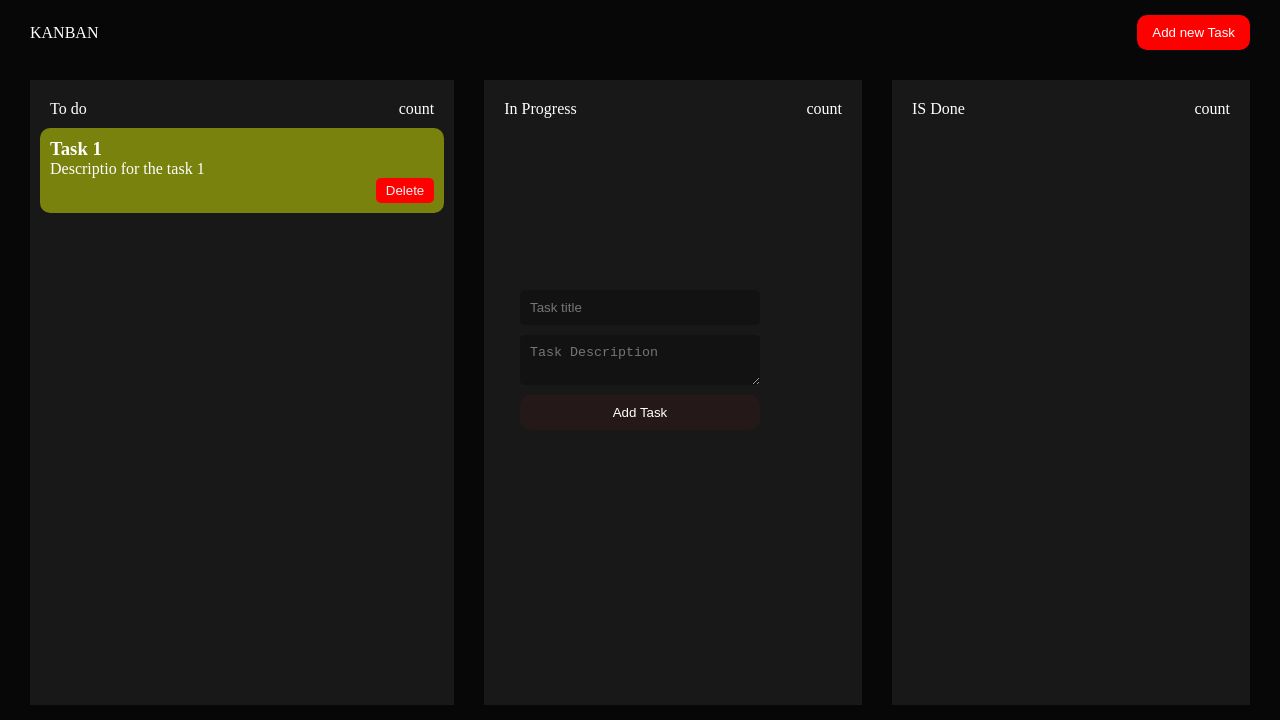
Repository: Sandeepji-5/Kanban-board
Page: index.html
The author's editor kept a copy of each file at every save. The page is drawn from the files as they stood at one save, then again after the next save.
The browser window is 1280 px wide. The pictures show the whole page.

Above is the page before, as saved 2025-12-09 15:29:44.

### index.html
<!DOCTYPE html>
<html lang="en">
<head>
    <meta charset="UTF-8">
    <meta name="viewport" content="width=device-width, initial-scale=1.0">
    <title>Document</title>
    <link rel="stylesheet" href="style.css">
</head>
<body>
    <main>
        <nav>
            <div class="left">KANBAN</div>
            <div class="right"><button id="toggle-modal">Add new Task</button></div>
        </nav>
        <section class="board">
            <div   id="todo" class="task-column">
                <div class="heading">
                    <div class="left">To do </div>
                      <div class="right">count</div>
                </div>
                <div draggable="true" class="task">
                    <h3>Task 1</h3>
                    <p>Descriptio for the task 1 </p>
                    <button>Delete</button>
                </div>
            </div>
            <div id="progress" class="task-column">
                <div class="heading">
                    <div class="left">In Progress</div>
                    <div class="right">count</div>
                </div>

            </div>
            <div  id="done"   class="task-column">
                <div class="heading">
                    <div class="left">IS Done </div>
                    <div class="right"> count</div>
                </div>

            </div>
        </section>


    </main>

    <div class="modal add-new-task">
        <div class="bg">


        <div class="center">
        <input type="text" placeholder="Task title"/>
        <textarea placeholder="Task Description"></textarea>
        <button id="add-new-task" class="add-task-btn"> Add Task</button>
        </div>
        </div>
    </div>



    <script src="kanban.js"></script>
</body>
</html>

### style.css
* {
    margin: 0;
    padding: 0;

    box-sizing: border-box;
}

html,
body {
    width: 100%;
    height: 100%;

}

:root {
    --bg-color: #0000000;
    --bg-button-color: rgb(24, 24, 24);
    --primary-text-color: #f4f4f4;
    --bg-task-color:rgb(19, 18, 18);
    --bg-delete-color:red;



    /* padding 1 rem 2 rem */
    --nav-padding: 15px 30px;
    --section-padding: 15px 30px;
    --padding-s: 5px;
    --padding-m: 10px;
    --padding-l: 15px;
    --padding-xl: 20px;
    --padding-xxl: 30px;


    /* border radius variable  */



    --border-radius-s:5px;
    --border-radius-m:10px;
    --border-radius-l:15px;
    --border-radius-xl:20px;
    --border-radius-xxl:30px;


}

body {
    background-color: rgb(7, 7, 7);
    color: white;
}
main{
    display: flex;
    height: 100%;
    width: 100%;
    flex-direction: column;


}

nav{
    padding: var(--nav-padding);
    display: flex;
    align-items: center;
    justify-content: space-between;

}
nav button{
    background-color: red;
    color: white;
    border: none;
    outline: none;
    padding: var(  --padding-m) var(  --padding-l);
    cursor: pointer;
    border-radius:var(--border-radius-m) ;

}


section{
    padding:var(--section-padding);
    /* height: 100%; */
    display: flex;
    flex-grow: 1;
    justify-content: space-between;

    gap: var(--padding-xxl);

}
section .task-column{
    padding: var(--padding-m);
    background-color: var(--bg-button-color);
    flex-grow: 1  ;
    padding: var(--padding-m)  ;
    display: flex;
    flex-direction: column;
    transition: all 0.7s cubic-bezier(0.19, 1, 0.22, 1);




}
section .task-column.hover-over {
     border: 2px dashed rgb(247, 246, 246);
    transform: scale(1.05);
}
section .task-column .heading{
    display: flex;
    justify-content: space-between ;
    padding: var(--padding-m);
}


section .task-column  .task{

    display: flex;
    flex-direction: column;
    padding: var(--padding-m);
    border-radius: var(--border-radius-m);
    /* background-color: var(--bg-task-color); */
     background-color:rgba(150, 163, 8, 0.763);


}

section .task-column .task button{
    align-self: flex-end;
    cursor: pointer;
    padding: var(--padding-s) var(--padding-m);
    border-radius: var(--border-radius-s);
    border: none;
    outline: none;
    background-color: var(--bg-delete-color);
    color: var(--primary-text-color)  ;
}

.modal{

    position: fixed;
    top: 0;
    left: 0;
    height: 100vh;
    width: 100vw;
    display: flex;
    align-items: center;
    justify-content: center;







}
/* .modal .bg{
    position: absolute;

    height: 100%;
    width: 100%;

    display: flex;
    align-items: center;
    justify-content: center;
    backdrop-filter: blur(4px );
} */

.modal .center{
    background-color: var(rgb(185, 205, 11));
    padding: var(--padding-xxl);
    border-radius: var(--border-radius-m);
    display: flex;
    flex-direction: column;
    gap: var(--padding-m);
    height: 200px;
    width: 300px;

}

.modal .center input,.modal .center textarea, .modal .center select {
    background-color: var(--bg-task-color);
    padding: var(--padding-m);
    border-radius: var(--border-radius-s);
    border: none;
    outline: none;
    color: var(--primary-text-color);

}

.modal .center button{
    background-color: rgb(36, 24, 24);
    color: white;
    border: none;
    outline: none;
    padding: var(  --padding-m) var(  --padding-l);
    cursor: pointer;
    border-radius:var(--border-radius-m) ;

}

### kanban.js
const todo = document.querySelector('#todo');
const progress = document.querySelector('#progress')
const done = document.querySelector('#done');
const tasks = document.querySelectorAll('.task');
let draggedElement = null;

tasks.forEach(task => {
    task.addEventListener("drag", () => {

        draggedElement = task;
    })
})

// progress.addEventListener('dragenter',(e)=>{
//     progress.classList.add('hover-over');
// })


// progress.addEventListener('dragleave', (e)=>{
//     progress.classList.remove('hover-over');
// })


function addDragEventsOnColumn(column) {

    column.addEventListener('dragenter', (e) => {
        e.preventDefault();
        column.classList.add('hover-over');
    });

    column.addEventListener('dragleave', (e) => {
        e.preventDefault();
        column.classList.remove('hover-over');
    })

    column.addEventListener("dragover", (e) => {
        e.preventDefault();
    })

    column.addEventListener('drop', (e) => {

        column.appendChild(draggedElement)
        console.log("draggedElement", draggedElement, column);
        column.classList.remove('hover-over')
         e.preventDefault();
    })

}

addDragEventsOnColumn(todo);
addDragEventsOnColumn(progress)
addDragEventsOnColumn(done)






// const toggleModal = document.querySelector('#toggle-modal');
// const modal = document.querySelector('.modal')
// const addTaskbtn = document.querySelector('.add-task-btn')



// toggleModal.addEventListener('click',()=>{
// modal.classList.add('active');
// })

// addTaskbtn.addEventListener('click', ()=>{
//     modal.classList.remove('active');
// })

After the next save:
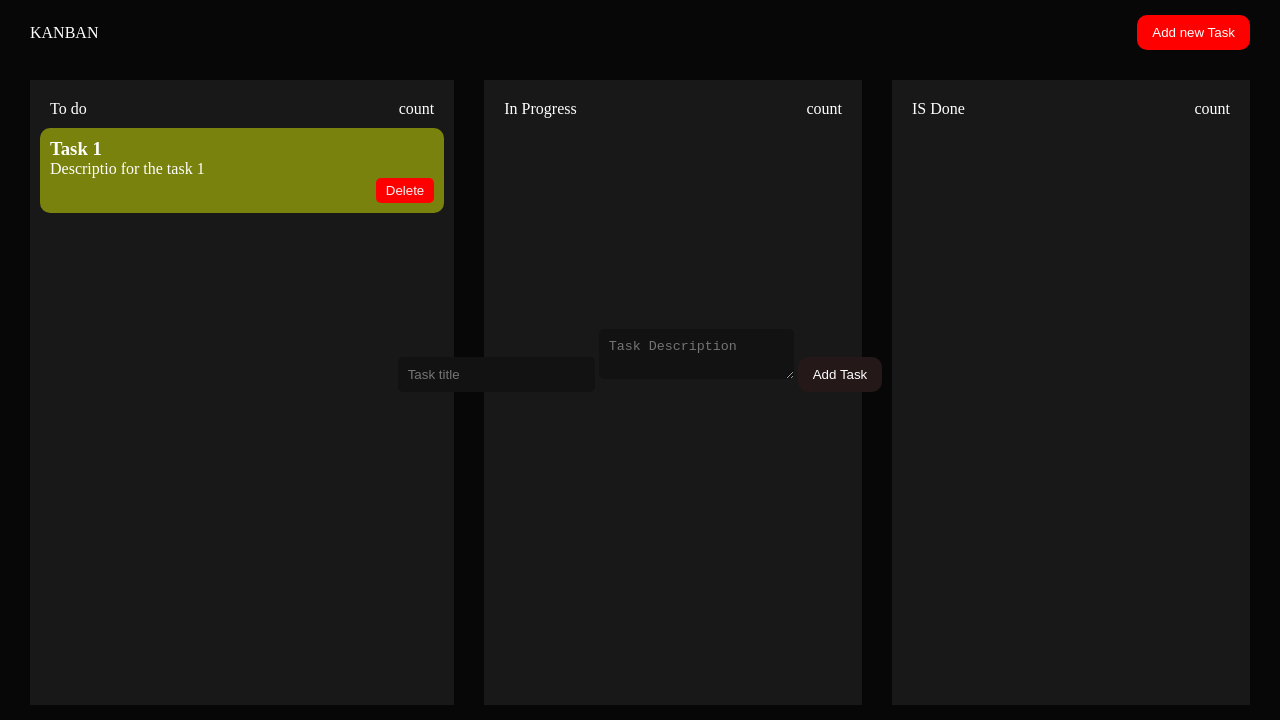
Saved 22 s later.
--- a/style.css
+++ b/style.css
@@ -163,7 +163,7 @@ section .task-column .task button{
     backdrop-filter: blur(4px );
 } */
 
-.modal .center{
+.modal.center{
     background-color: var(rgb(185, 205, 11));
     padding: var(--padding-xxl);
     border-radius: var(--border-radius-m);

After the save that followed:
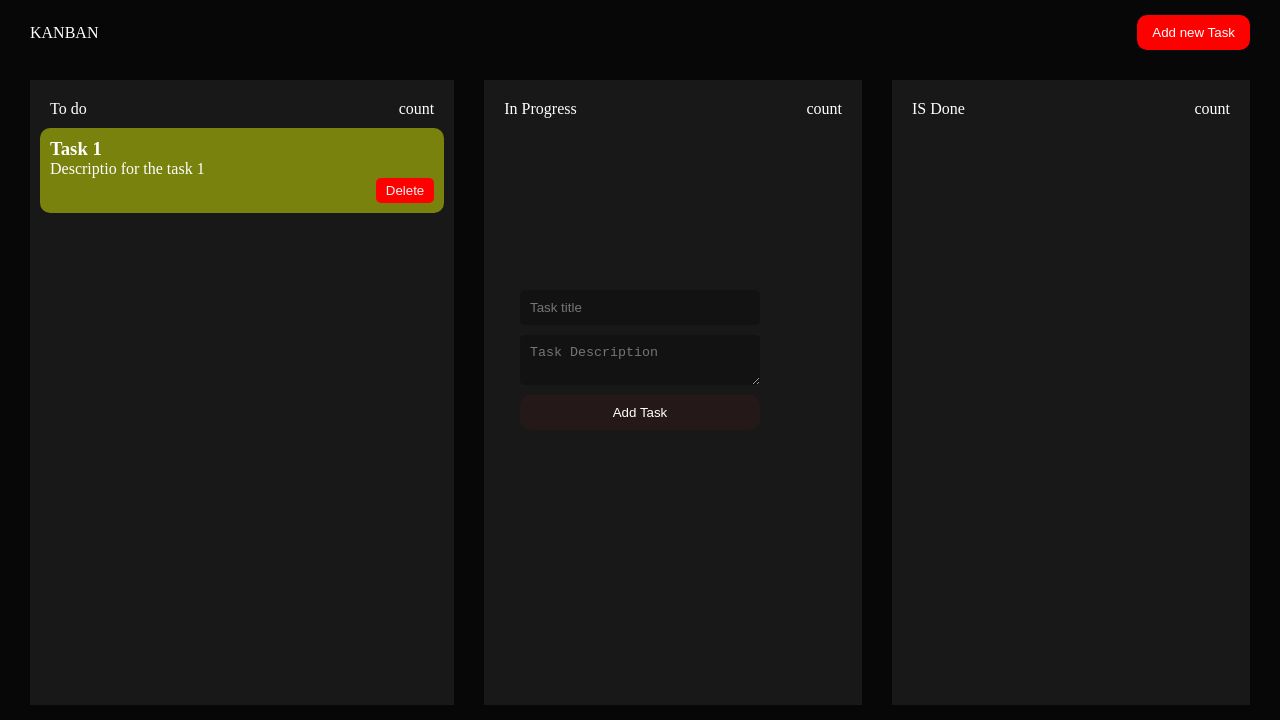
Saved 17 s later.
--- a/style.css
+++ b/style.css
@@ -163,7 +163,7 @@ section .task-column .task button{
     backdrop-filter: blur(4px );
 } */
 
-.modal.center{
+.modal .center{
     background-color: var(rgb(185, 205, 11));
     padding: var(--padding-xxl);
     border-radius: var(--border-radius-m);
